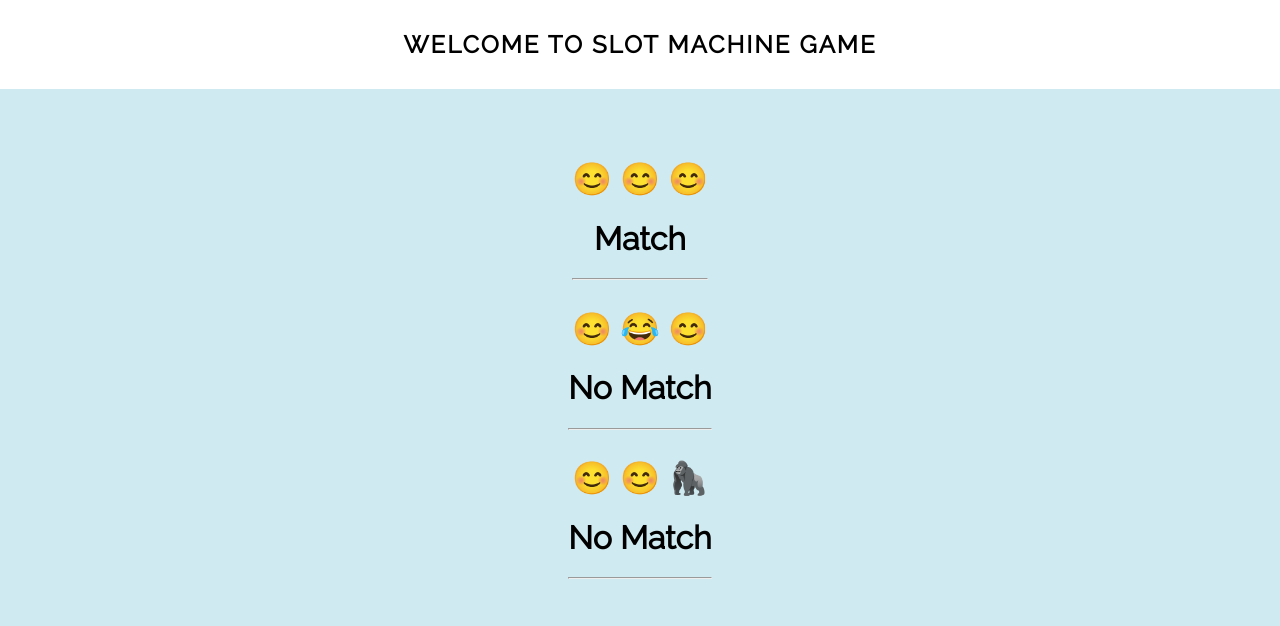
Repository: duggallakshya/slotMachineReact
Page: /
An editor plug-in stored every save of this project. The page is shown before and after the next save, followed by the edit.
The browser window is 1280 px wide. The pictures show the whole page.
The project was rebuilt for these pictures with package versions that can differ from the ones it lists, and the page was loaded fresh each time.

Above is the page before, as saved 2022-03-23 00:37:28.

### src/index.js
import React from 'react';
import ReactDOM from 'react-dom';
import './index.css';
import App from './App';

ReactDOM.render(
  <App />,
  document.getElementById('root')
)

### src/index.css
@import url('https://fonts.googleapis.com/css2?family=Raleway&display=swap');
body{
  background-color: rgb(207, 235, 241);
  margin: 0;
  padding: 0;

}

.heading-style{
  padding: 30px 0;
  margin-top: 0px;
  text-align: center;
  font-family:'Raleway', sans-serif;
  text-transform: uppercase;
  font-size: 13px;
  letter-spacing: 2px;
  font-weight: 500;
  background-color: #fff;
  font-size: 1.5rem;
  margin-bottom: 30px;
  font-weight: bold;
}

.slot-inner{
  text-align: center;
  font-family: 'Raleway', sans-serif ;
}
.main-div{
  display: flex;
  flex-direction: column;
  height: auto;
  justify-content: center;
  align-items: center;
  /* background-color: bisque; */
  /* padding: 0px 30px;*/
  margin: 50px;
  position: relative;

}

### src/App.jsx
import React from 'react';
import SlotMachine from './SlotMachine';

const App = () => {
    return(
        <>
            <h1 className="heading-style"> Welcome to Slot machine game </h1>
            <div className="main-div">
                <SlotMachine x ='😊' y ='😊' z ='😊'/>
                <SlotMachine x ='😊' y ='😂' z ='😊'/>
                <SlotMachine x ='😊' y ='😊' z ='🦍'/>
            </div>
        </>
    )
}

export default App;

### src/SlotMachine.jsx
import React from 'react';

const SlotMachine = (props) => {
    if(props.x===props.y && props.y==props.z){
        return (
            <>
                <div className="slot-inner">

                    <h1> {props.x} {props.y} {props.z} </h1>
                    <h1> Match </h1>
                    <hr/>

                </div>
            </>
        )
    }
    else{
        return (
            <>
                <div className="slot-inner">

                    <h1> {props.x} {props.y} {props.z} </h1>
                    <h1> No Match </h1>
                    <hr/>

                </div>
            </>
        )
    }
}

export default SlotMachine;

Loaded but not shown: public/index.html (common file)

After the next save:
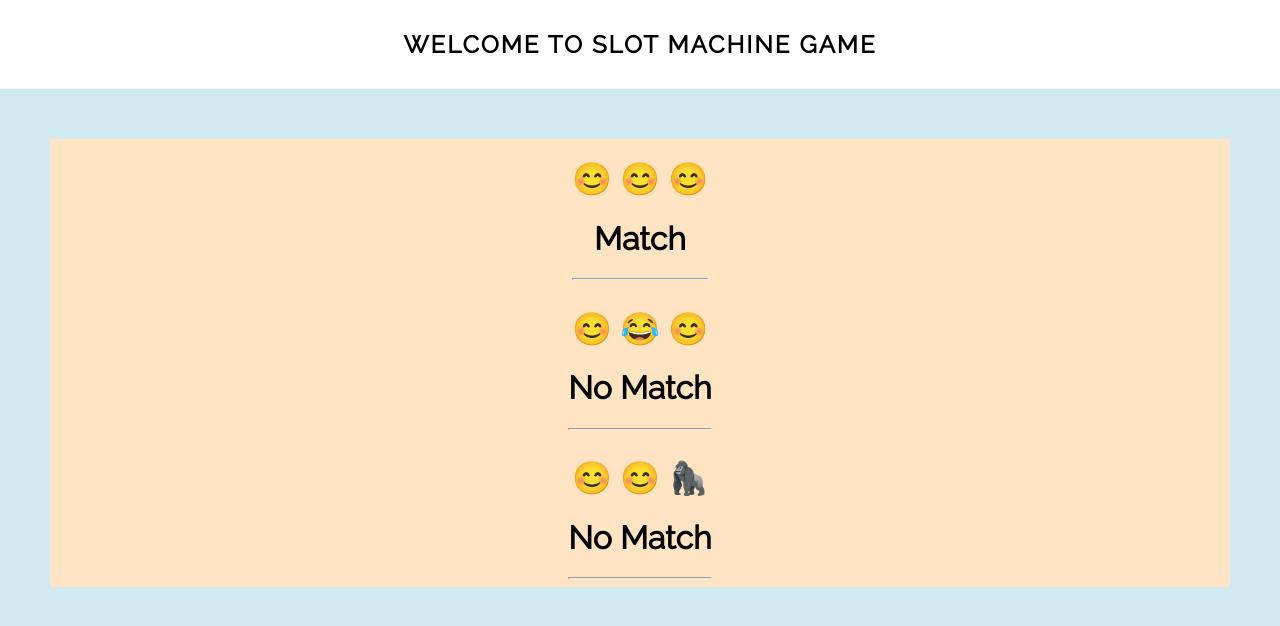
Saved 5 s later.
--- a/src/index.css
+++ b/src/index.css
@@ -31,7 +31,7 @@ body{
   height: auto;
   justify-content: center;
   align-items: center;
-  /* background-color: bisque; */
+  background-color: bisque;
   /* padding: 0px 30px;*/
   margin: 50px;
   position: relative;
